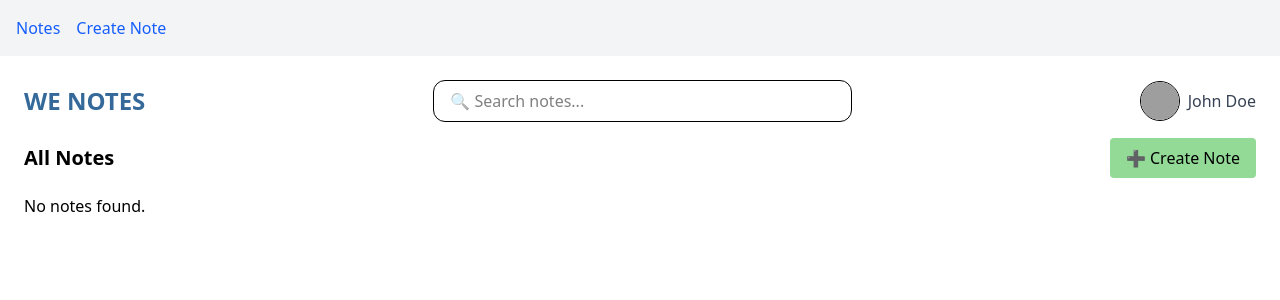
Repository: pin-seavmuy/NoteApplication
Page: / (app in note-vue/)
An editor plug-in stored every save of this project. The page is shown before and after the next save, followed by the edit.
The browser window is 1280 px wide. The pictures show the whole page.
Pictures or frames that could not be fetched are drawn as grey boxes. The page's requests for data from a server got no answer. The project was rebuilt for these pictures with package versions that can differ from the ones it lists, and the page was loaded fresh each time. No one was signed in, and anything a server would have sent is missing. Also part of the build but not shown: note-vue/vite.config.ts, note-vue/src/components/NoteWrapper.vue, note-vue/src/views/CreateNote.vue, note-vue/src/views/NoteDetail.vue, note-vue/src/views/UpdateNote.vue.

Above is the page before, as saved 2025-09-16 11:49:11.

### note-vue/src/main.ts
// import { createApp } from 'vue'
// import './style.css'
// import App from './App.vue'

// createApp(App).mount('#app')


import { createApp } from 'vue'
import App from './App.vue'
import router from './router'
import './style.css'

const app = createApp(App)
app.use(router)
app.mount('#app')

### note-vue/src/App.vue
<script setup lang="ts">
  import HelloWorld from './components/HelloWorld.vue'
  import NotesList from '../components/NotesList.vue'
</script>

<!-- <template>
  <div>
    <HelloWorld msg="Vite + Vue" />
    <NotesList />
  </div>
</template> -->

<template>
  <div>
    <NotesHeader />
    <nav class="p-4 bg-gray-100 flex space-x-4">
      <router-link to="/" class="text-blue-600 hover:underline">Notes</router-link>
      <router-link to="/create" class="text-blue-600 hover:underline">Create Note</router-link>
    </nav>

    <router-view />
  </div>
</template>

<style scoped>
</style>

### note-vue/src/router/index.ts
import { createRouter, createWebHistory } from 'vue-router'

import NotesList from '../views/NotesList.vue'
import CreateNote from '../views/CreateNote.vue'
import NoteDetail from '../views/NoteDetail.vue'
import UpdateNote from '../views/UpdateNote.vue'

const routes = [
  {
    path: '/',
    name: 'NotesList',
    component: NotesList,
  },
  {
    path: '/create',
    name: 'CreateNote',
    component: CreateNote,
  },
  {
    path: '/notes/:id',
    name: 'NoteDetail',
    component: NoteDetail,
    props: true,
  },
    {
    path: '/notes/:id/edit',
    name: 'UpdateNote',
    component: UpdateNote,
    props: true
    }
]

const router = createRouter({
  history: createWebHistory(),
  routes,
})

export default router

### note-vue/src/views/NotesList.vue
<template>
  <div class="p-6">
    <nav></nav>

    <NotesHeader v-model:search="search" />

    <div class="flex items-center justify-between mb-4">
      <router-link to="/" class="text-xl font-bold flex-shrink-0 hover:underline">All Notes</router-link>

      <!-- Button to open modal -->
      <button
        @click="showCreateModal = true"
        class="text-base px-4 py-2 rounded text-black hover:brightness-90"
        style="background-color: #93DA97;"
      >
        ➕ Create Note
      </button>
    </div>

    <div v-if="loading">Loading...</div>
    <div v-else-if="filteredNotes.length === 0">No notes found.</div>

    <div
      v-else
      class="grid gap-4 grid-cols-1 sm:grid-cols-2 lg:grid-cols-3 xl:grid-cols-4"
    >
      <NoteWrapper
        style="background-color: #F9F6F3;"
        v-for="note in filteredNotes"
        :key="note.id"
        :note="note"
      />
    </div>

    <!-- Create Note Modal -->
    <CreateNoteModal
      v-model:show="showCreateModal"
      @noteCreated="fetchNotes"
    />
  </div>
</template>

<script setup lang="ts">
import { ref, computed, onMounted } from 'vue'
import api from '../api/axios'
import NoteWrapper from '../components/NoteWrapper.vue'
import NotesHeader from '../components/NotesHeader.vue'
import CreateNoteModal from '../components/CreateNoteModal.vue'

interface Note {
  id: number
  title: string
  content: string | null
  createdAt: string
  updatedAt?: string | null
}

const notes = ref<Note[]>([])
const loading = ref(false)
const search = ref('')
const showCreateModal = ref(false)

async function fetchNotes() {
  loading.value = true
  try {
    const res = await api.get('/Notes')
    notes.value = res.data as Note[]
  } catch (error) {
    console.error('Error fetching notes:', error)
  } finally {
    loading.value = false
  }
}

const filteredNotes = computed(() =>
  notes.value.filter(note =>
    note.title.toLowerCase().includes(search.value.toLowerCase())
  )
)

onMounted(fetchNotes)
</script>

### note-vue/src/api/axios.ts
import axios from 'axios'

const api = axios.create({
  baseURL: 'http://localhost:5258/api',
})

export default api;

### note-vue/src/components/NotesHeader.vue
<template>
  <div>
    <div class="flex items-center justify-between mb-4 space-x-72">
      <h1 class="text-2xl font-bold" style="color: #34699A;">WE NOTES</h1>

      <input
        :value="search"
        @input="updateSearch"
        type="text"
        placeholder="🔍 Search notes..."
        class="px-4 py-2 border rounded-xl flex-grow"
      />

      <div class="flex items-center space-x-2 flex-shrink-0">
        <img
          src="https://ui-avatars.com/api/?name=User"
          alt="User Avatar"
          class="w-10 h-10 rounded-full border"
        />
        <span class="text-gray-700 font-medium">John Doe</span>
      </div>
    </div>
  </div>
</template>

<script setup lang="ts">
import { defineProps, defineEmits } from 'vue'

const props = defineProps<{ search: string }>()
const emit = defineEmits(['update:search'])

function updateSearch(event: Event) {
  const target = event.target as HTMLInputElement
  emit('update:search', target.value)
}
</script>

### note-vue/src/components/CreateNoteModal.vue
<template>
  <div
    v-if="show"
    class="fixed inset-0 bg-black bg-opacity-50 flex items-center justify-center z-50"
    @click.self="close"
  >
    <div class="bg-white rounded-lg shadow-lg p-6 w-full max-w-md relative">
      <button
        @click="close"
        class="absolute top-3 right-3 text-gray-500 hover:text-gray-800 text-xl font-bold"
        aria-label="Close modal"
      >
        &times;
      </button>

      <h2 class="text-2xl font-bold mb-6">Create New Note</h2>

      <form @submit.prevent="handleSubmit" class="space-y-4">
        <div>
          <label for="title" class="block mb-1 font-semibold">Title</label>
          <input
            id="title"
            v-model="title"
            type="text"
            required
            placeholder="Note title"
            class="w-full px-4 py-2 border rounded"
          />
        </div>

        <div>
          <label for="content" class="block mb-1 font-semibold">Content</label>
          <textarea
            id="content"
            v-model="content"
            rows="5"
            placeholder="Write your note here..."
            class="w-full px-4 py-2 border rounded resize-none"
          ></textarea>
        </div>

        <button
          type="submit"
          :disabled="loading"
          class="bg-blue-600 text-white px-6 py-2 rounded hover:bg-blue-700 disabled:opacity-50"
        >
          {{ loading ? 'Saving...' : 'Create Note' }}
        </button>
      </form>

      <p v-if="error" class="mt-4 text-red-600">{{ error }}</p>
      <p v-if="success" class="mt-4 text-green-600">Note created successfully!</p>
    </div>
  </div>
</template>

<script setup lang="ts">
import { ref, defineEmits, watch } from 'vue'
import api from '../api/axios'

const props = defineProps<{ show: boolean }>()
const emit = defineEmits(['update:show', 'noteCreated'])

const title = ref('')
const content = ref('')
const loading = ref(false)
const error = ref<string | null>(null)
const success = ref(false)

watch(() => props.show, (newVal) => {
  if (!newVal) {
    // Reset form on close
    title.value = ''
    content.value = ''
    error.value = null
    success.value = false
    loading.value = false
  }
})

function close() {
  emit('update:show', false)
}

async function handleSubmit() {
  if (!title.value.trim()) {
    error.value = 'Title is required.'
    return
  }
  loading.value = true
  error.value = null
  success.value = false

  try {
    await api.post('/Notes', {
      title: title.value,
      content: content.value || null,
    })
    success.value = true
    emit('noteCreated')  // notify parent to refresh notes
    setTimeout(() => {
      close()
    }, 1000)
  } catch (err) {
    error.value = 'Failed to create note. Please try again.'
    console.error(err)
  } finally {
    loading.value = false
  }
}
</script>

Loaded but not shown: note-vue/index.html (common file); note-vue/src/style.css (common file)

After the next save:
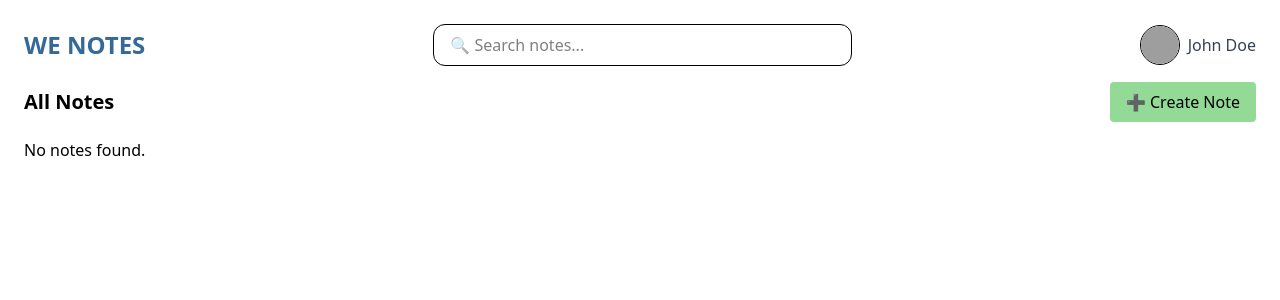
Saved 10 s later.
--- a/note-vue/src/App.vue
+++ b/note-vue/src/App.vue
@@ -13,10 +13,10 @@
 <template>
   <div>
     <NotesHeader />
-    <nav class="p-4 bg-gray-100 flex space-x-4">
+    <!-- <nav class="p-4 bg-gray-100 flex space-x-4">
       <router-link to="/" class="text-blue-600 hover:underline">Notes</router-link>
       <router-link to="/create" class="text-blue-600 hover:underline">Create Note</router-link>
-    </nav>
+    </nav> -->
 
     <router-view />
   </div>

After the save that followed:
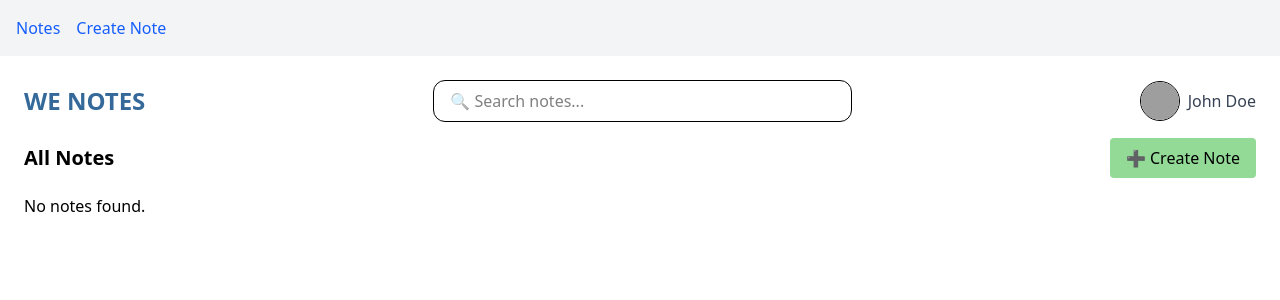
Saved 26 s later.
--- a/note-vue/src/App.vue
+++ b/note-vue/src/App.vue
@@ -13,10 +13,10 @@
 <template>
   <div>
     <NotesHeader />
-    <!-- <nav class="p-4 bg-gray-100 flex space-x-4">
+    <nav class="p-4 bg-gray-100 flex space-x-4">
       <router-link to="/" class="text-blue-600 hover:underline">Notes</router-link>
       <router-link to="/create" class="text-blue-600 hover:underline">Create Note</router-link>
-    </nav> -->
+    </nav>
 
     <router-view />
   </div>
